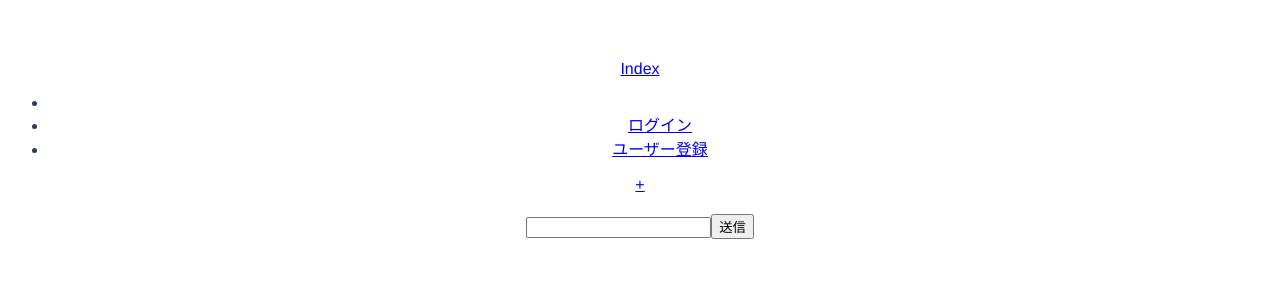
Repository: dododoSA/chat-app
Page: / (app in front/)
These files come from the project's save history. The page is drawn as it stood at one moment and after the next save; the edit follows.
The browser window is 1280 px wide. The pictures show the whole page.
The page's requests for data from a server got no answer. The project was rebuilt for these pictures with package versions that can differ from the ones it lists, and the page was loaded fresh each time. No one was signed in, and anything a server would have sent is missing. Also part of the build but not shown: front/vue.config.js.

Above is the page before, as saved 2019-09-08 13:56:16.

### front/src/main.js
import Vue from 'vue'
import App from './App.vue'
import router from './router'

Vue.config.productionTip = false
Vue.config.devtools = true

new Vue({
  router,
  render: h => h(App),
}).$mount('#app')

### front/src/App.vue
<template>
  <div id="app">
    <nav class="navbar navbar-expand navbar-dark bg-dark">
      <router-link to="/">Index</router-link>
      <ul class="navbar-nav mr-auto">
        <li class="nav-item">
            <!--a-- class="nav-link" href="{{path('logout')}}">ログアウト</!--a-->
        </li>
        <li class="nav-item">
          <router-link to="/login">ログイン</router-link>
        </li>
        <li class="nav-item">
          <router-link to="/signup">ユーザー登録</router-link>
        </li>
      </ul>
    </nav>

    <router-view></router-view>
  </div>
</template>

<script>
import HelloWorld from './components/HelloWorld.vue'

export default {
  name: 'app',
  components: {
    HelloWorld
  }
}
</script>

<style>
#app {
  font-family: 'Avenir', Helvetica, Arial, sans-serif;
  -webkit-font-smoothing: antialiased;
  -moz-osx-font-smoothing: grayscale;
  text-align: center;
  color: #2c3e50;
  margin-top: 60px;
}
</style>

### front/src/router.js
import Vue from 'vue'
import VueRouter from 'vue-router'

import Top from './components/Top'
import Login from './components/Login'
import Signup from './components/Signup'
import NewChannelForm from './components/NewChannelForm'
import Channel from './components/Channel'
import EditChannelForm from './components/EditChannelForm'

Vue.use(VueRouter);

export default new VueRouter({
    mode: 'history',
    routes: [
        {
            path: '/',
            name: 'Top',
            component:Top
        },
        {
            path: '/login',
            name: 'Login',
            component: Login
        },
        {
            path: '/signup',
            name: 'Signup',
            component: Signup
        },
        {
            path: '/channel/new',
            component: NewChannelForm
        },
        {
            path: '/channel/:name/edit',
            name: 'EditChannelForm',
            component: EditChannelForm
        },
        {
            path: '/channel/:name',
            name: 'Channel',
            component: Channel
        }
    ]
})

### front/src/components/Top.vue
<template>
    <div class="Top">
        <channel></channel>
    </div>
</template>

<script>
import Channel from './Channel.vue'

export default {
    name: 'Top',
    components: {
        Channel
    }
}
</script>

### front/src/components/Channel.vue
<template>
    <div class="channel">
        <router-link to="/channel/new">+</router-link>
        <ul>
            <li v-for="channel in channels" v-bind:key="channel.id">
                <router-link :to="{ name : 'Channel', params : { name: channel.name }}">{{ channel.name }}</router-link>
            </li>
        </ul>
        <h2>{{ currentChannelName }}</h2>
        <router-link v-if="currentChannelName" :to="{ name: 'EditChannelForm', params : { name: currentChannelName} }"> チャンネル名を変更 </router-link>
        <a v-if="currentChannelName" href="#" @click="deleteChannel">チャンネルを削除</a>
        <thread-show :channelName="currentChannelName"></thread-show>
    </div>
</template>

<script>
import axios from 'axios'
import ThreadShow from './Thread'

export default {
    name: 'Channel',
    data: () => {
        return {
            channels: [],
            currentChannelName: '',
        }
    },
    created: function() {
        let _this = this
        this.currentChannelName = this.$route.params.name
        axios.get("/channel")
            .then(function(response) {
                _this.channels = response.data
            })
            .catch(function(error){
                console.log(error)
            })
    },
    methods: {
        newChannel: function () {
            let _this = this
            axios.post("/channel/new")
                .then(function(response) {
                    axios.get("/channel")
                        .then(function(response) {
                            _this.channels = response.data
                        })
                        .catch(function(error){
                            console.log(error)
                        })
                })
                .catch(function(error) {
                    console.log(error)
                })
        },
        deleteChannel: function() {
            let _this = this
            const data = {
                name: this.currentChannelName
            }
            axios.post("/channel/delete", data)
                .then(function() {
                    _this.$router.push('/')
                })
                .catch(function(error) {
                    console.log(error)
                })
        }
    },
    components: {
        ThreadShow
    },

    beforeRouteUpdate (to, from, next) {
        this.currentChannelName = to.params.name
        next();
    }
}
</script>

### front/src/components/Thread.vue
<template>
    <div class="thread">
        <div v-for="thread in threads" :key="thread.id">
            {{ thread.content }}
            <div v-if="!thread.editMode">
                <a href="#" @click="startEdit(thread)">編集</a>
            </div>
            <div v-else>
                <input type="text" v-model="editComment">
                <button @click="postEditComment(thread)">変更</button>
                <button @click="exitEdit(thread)">X</button>
            </div>
            <a href="#" @click="deleteThread(thread)">削除</a>
        </div>

        <input type="text" v-model="newComment">
        <button @click="postComment">送信</button>
    </div>
</template>

<script>
import axios from 'axios'

export default {
    name: 'Thread',
    props: {
        channelName: String,
    },
    data: () => {
        return {
            threads : [],
            newComment: '',
            editComment: ''
        }
    },
    watch: {
        // threads: function(val, oldVal) {
        //     this.editMode = {}
        //     for(let thread in this.threads) {
        //         this.editMode[String(thread.id)] = false;
        //     }
        // }
        '$props':{
        handler: function (val, oldVal) {
            let _this = this
            axios.get('/channel/' + _this.channelName + '/thread')
                .then(function(response) {
                    _this.threads = response.data
                })
                .catch(function(error) {
                    console.log(error)
                })
        },
            deep: true
        }
    },
    methods: {
        postComment: function() {
            let _this = this
            if(this.newComment != '') {
                const data = {
                    content: this.newComment,
                    channelName: this.channelName
                }
                axios.post("/channel/" + _this.channelName + "/thread/new", data)
                    .then(function(response) {
                        _this.newComment = ''
                        let thread = response.data
                        thread.editMode = false
                        _this.threads.push(thread)
                    })
                    .catch(function(error) {
                        console.log(error)
                    })
            }
        },
        postEditComment: function(thread) {
            let _this = this
            if(this.editComment != '') {
                const data = {
                    content: this.editComment,
                    threadId: thread.id
                }
                axios.post("/channel/" + _this.channelName + "/thread/edit", data)
                    .then(function(response) {
                        thread.content = _this.editComment
                        _this.editComment = ''
                        thread.editMode = false
                    })
                    .catch(function(error) {
                        console.log(error)
                    })
            }
        },
        exitEdit: function(thread) {
            thread.editMode = false
            this.editComment = ''
        },
        startEdit: function(thread) {
            this.$set(thread, 'editMode' , true)
            for(let t of this.threads){
                if (thread.id != t.id) {
                    this.$set(t, 'editMode' , false)
                }
            }
            this.editComment = thread.content
        },
        deleteThread: function(thread) {
            let _this = this
            const data = {
                id: thread.id
            }
            axios.post("/channel/" + _this.channelName + "/thread/delete", data)
                .then(function() {
                    axios.get('/channel/' + _this.channelName + '/thread')
                        .then(function(response) {
                            _this.threads = response.data
                        })
                        .catch(function(error) {
                            console.log(error)
                        })
                })
                .catch(function(error) {
                    console.log(error)
                })
        }
    },
    created () {
        let _this = this
        console.log(this.channelName)
        axios.get('/channel/' + _this.channelName + '/thread')
            .then(function(response) {
                _this.threads = response.data
                for(let thread of _this.threads) {
                    _this.$set(thread, 'editMode' , false)
                }
            })
            .catch(function(error) {
                console.log(error)
            })

    },
}
</script>

### front/src/components/Login.vue
<template>
    <div class="login">
        <h2>Log in</h2>
        <input type="text" placeholder="Username" v-model="username">
        <input type="password" placeholder="Password" v-model="password">
        <button class="btn btn-primary" @click="logIn">ログイン</button>
        <p>
            アカウントを持ってない方は
            <router-link to="/signup">こちら</router-link>
        </p>
    </div>
</template>

<script>

export default {
    name: 'Login',
    data: () => {
        return {
            username: '',
            password: ''
        }
    },
    methods: {
        logIn: function() {
            let _this = this
            const data = {
                username : this.username,
                password : this.password
            }

            if (this.username != '' && this.password != '') {
                axios.post('/login', data)
                    .then(function(response) {
                        _this.$router.push({name: 'Top'})
                    })
                    .catch(function(error) {
                        console.log(error)
                    })
            }
        }
    }
}
</script>

### front/src/components/Signup.vue
<template>
    <div class="signup">
        <h2>SignUp</h2>

        <input type="text" placeholder="Username" v-model="username">
        <input type="password" placeholder="Password" v-model="password">
        <input type="password" placeholder="PasswordConfirmation" v-model="passwordConfirmation">
        <button @click="signUp">登録</button>
        <p>
            アカウントを持っている方は
            <router-link to="/login">こちら</router-link>
        </p>
    </div>
</template>

<script>
export default {
    name: 'Signup',
    data: () => {
        return {
            username: '',
            password: '',
            passwordConfirmation: ''
        }
    }
}
</script>

### front/src/components/NewChannelForm.vue
<template>
    <div class="new-channel-form">
        <h2>新しいチャンネルを作成</h2>
        <input type="text" placeholder="NewChannelName" v-model="channelName">
        <button @click="postChannel">作成</button>
    </div>
</template>

<script>
import axios from 'axios'

export default {
    name: 'NewChannelForm',
    data: () =>  {
        return {
            channelName: ''
        }
    },
    methods: {
        postChannel: function() {
            let _this = this
            const data = {name: this.channelName}

            if (this.channelName != '') {
                axios.post('http://localhost:8000/channel/new', data)
                    .then(function(response) {
                        _this.$router.push({name: 'Channel', params: { name: response.data.name }})
                    })
                    .catch(function(error) {
                        console.log(error)
                    })
            }
        }
    },

}
</script>

### front/src/components/EditChannelForm.vue
<template>
    <div class="edit-channel-form">
        <h2>チャンネルの名前変更</h2>
        <input type="text" placeholder="EditChannelName" v-model="channelName">
        <button @click="postChannel">変更</button>
    </div>
</template>

<script>
import axios from 'axios'

export default {
    name: 'EditChannelForm',
    data: () =>  {
        return {
            channelName: ''
        }
    },
    methods: {
        postChannel: function() {
            let _this = this
            const data = {
                afterName: this.channelName,
                beforeName: this.$route.params['name']
                }

            if (this.channelName != '') {
                axios.post('/channel/edit', data)
                    .then(function(response) {
                        _this.$router.push({name: 'Channel', params: { name: response.data.name }})
                    })
                    .catch(function(error) {
                        console.log(error)
                    })
            }
        }
    },

}
</script>

### front/src/store/index.js
import Vue from 'vue'
import Vuex from 'vuex'
import axios from 'axios'

Vue.use(Vuex)

const store = () => new Vuex.Store({
    state: {
        username: ''
    },
    mutations: {
        setMe(state, payload) {
            state.username = payload.username
        }
    },
    actions: {
        getMe() {
            const payload = {
                username: ''
            }
            axios.get('/get_me')
                .then(function(response) {
                    payload.username = response.data
                    context.commit('setMe', payload)
                })
                .catch(function(error) {
                    console.log(error)
                })
        }
    }
})

export default store

Loaded but not shown: front/public/index.html (common file); front/src/components/HelloWorld.vue (common file)

After the next save:
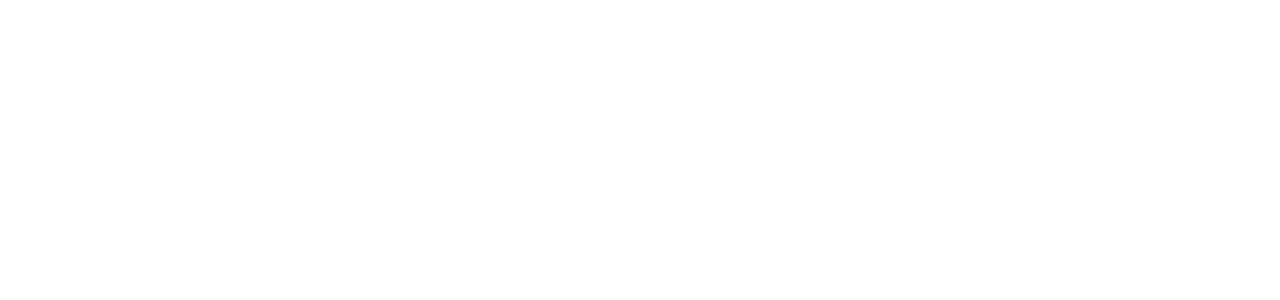
Console error: ReferenceError: store is not defined
Saved 28 s later.
--- a/front/src/main.js
+++ b/front/src/main.js
@@ -6,6 +6,7 @@
 Vue.config.devtools = true
 
 new Vue({
+  store,
   router,
   render: h => h(App),
 }).$mount('#app')

After the save that followed:
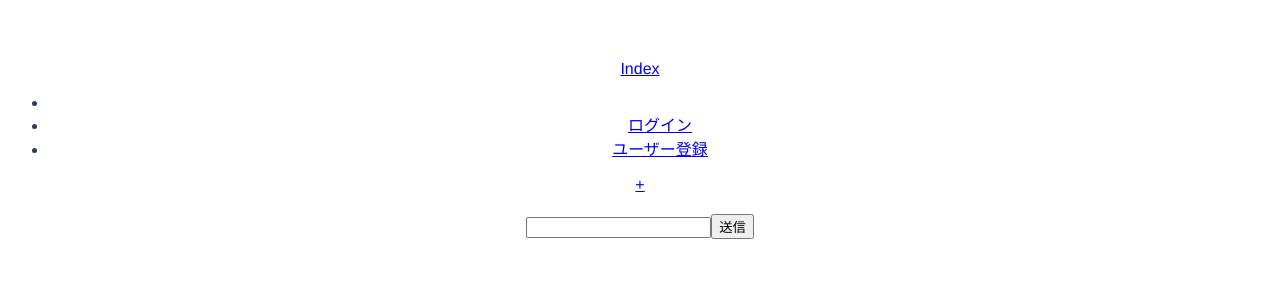
The error is gone.
Saved 15 s later.
--- a/front/src/main.js
+++ b/front/src/main.js
@@ -1,6 +1,7 @@
 import Vue from 'vue'
 import App from './App.vue'
 import router from './router'
+import store from './store'
 
 Vue.config.productionTip = false
 Vue.config.devtools = true
